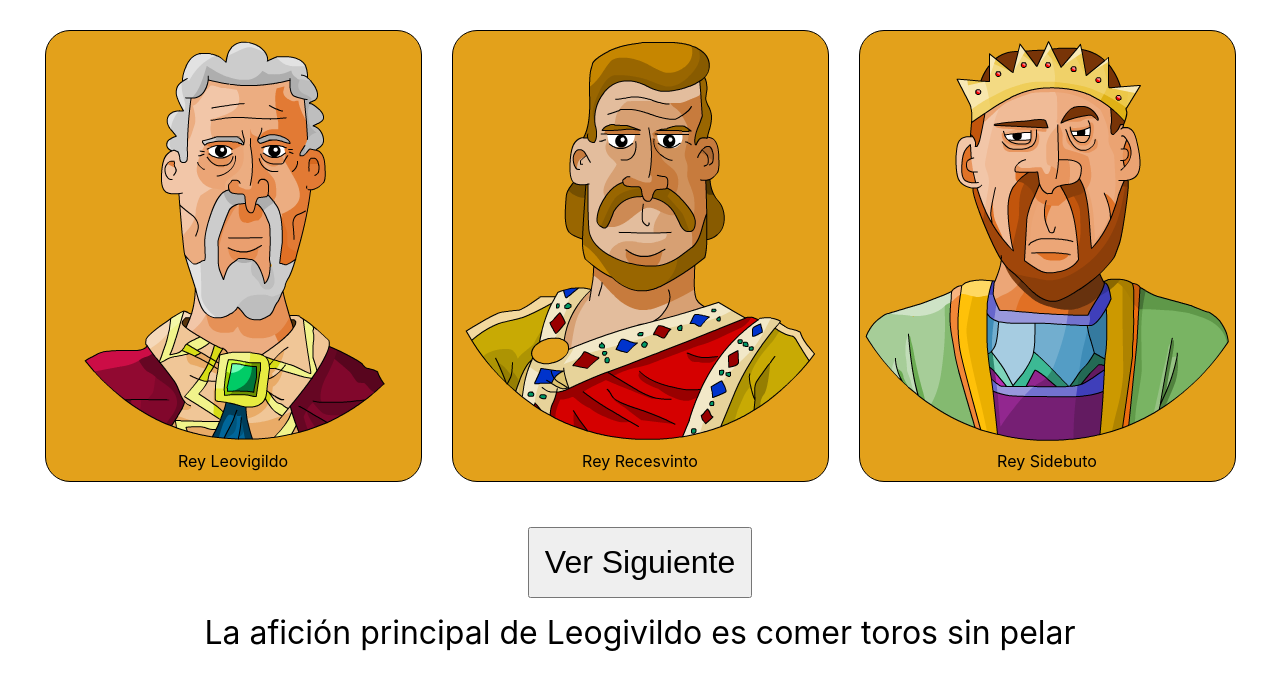
Repository: abgdev1997/ejercicios-react
Page: /
These files come from the project's save history. The page is drawn as it stood at one moment and after the next save; the edit follows.
The browser window is 1280 px wide. The pictures show the whole page.
The project was rebuilt for these pictures with package versions that can differ from the ones it lists, and the page was loaded fresh each time.

Above is the page before, as saved 2022-02-22 13:28:06.

After the next save:
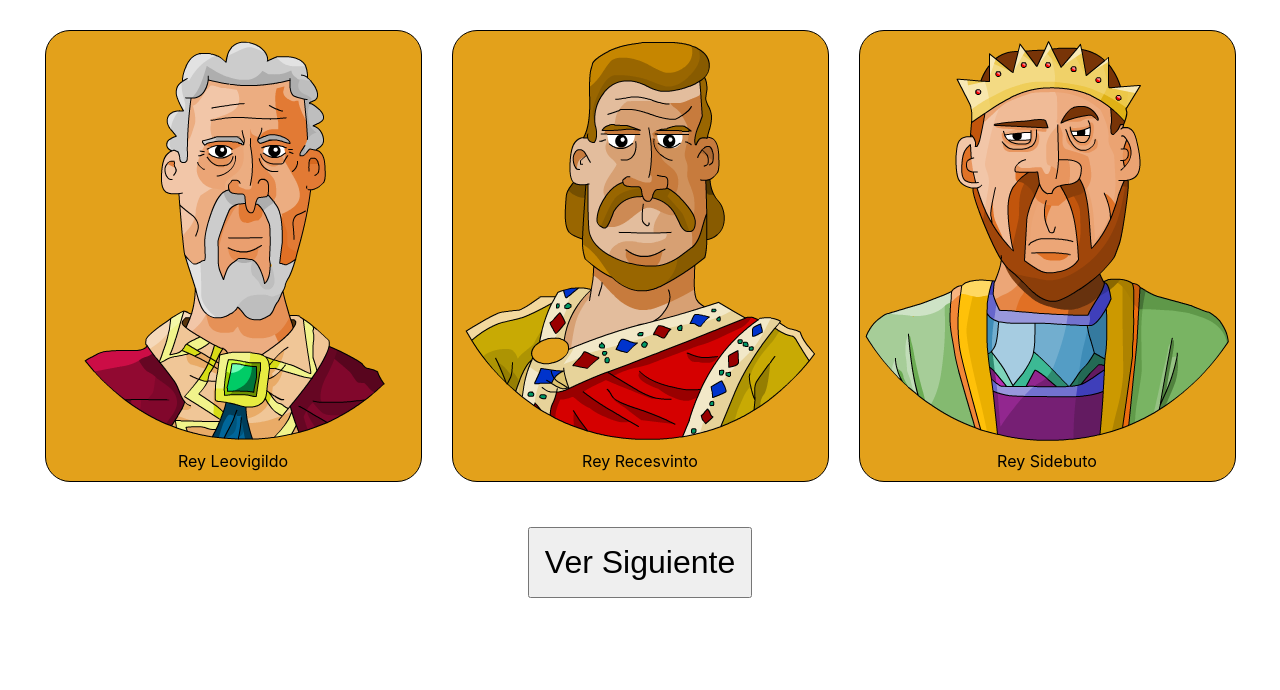
Saved 8 min 13 s later.
--- a/src/App.js
+++ b/src/App.js
@@ -21,9 +21,7 @@ function App() {
     },
   ];
 
-  const [mensaje, setMensaje] = useState(
-    `La afición principal de ${reyesGodos[0].nombre} es ${reyesGodos[0].aficion}`
-  );
+  const [mensaje, setMensaje] = useState("");
 
   const [contador, setContador] = useState(1);
 
@@ -47,9 +45,7 @@ function App() {
   };
 
   const cambiarMensaje = () => {
-    setMensaje(
-      `La afición principal de ${reyesGodos[contador].nombre} es ${reyesGodos[contador].aficion}`
-    );
+    setMensaje(<h2>La afición principal de <span className="textoRojo">{reyesGodos[contador].nombre}</span> es <span className="textoVerde">{reyesGodos[contador].aficion}</span></h2>);
     if (contador === 2) {
       setContador(0);
     } else {
@@ -81,7 +77,7 @@ function App() {
       </div>
       <div className="mensaje-container">
         <button className="mensaje" onClick={cambiarMensaje}>Ver Siguiente</button>
-        <span className="mensaje">{mensaje}</span>
+        {mensaje}
       </div>
     </div>
   );
